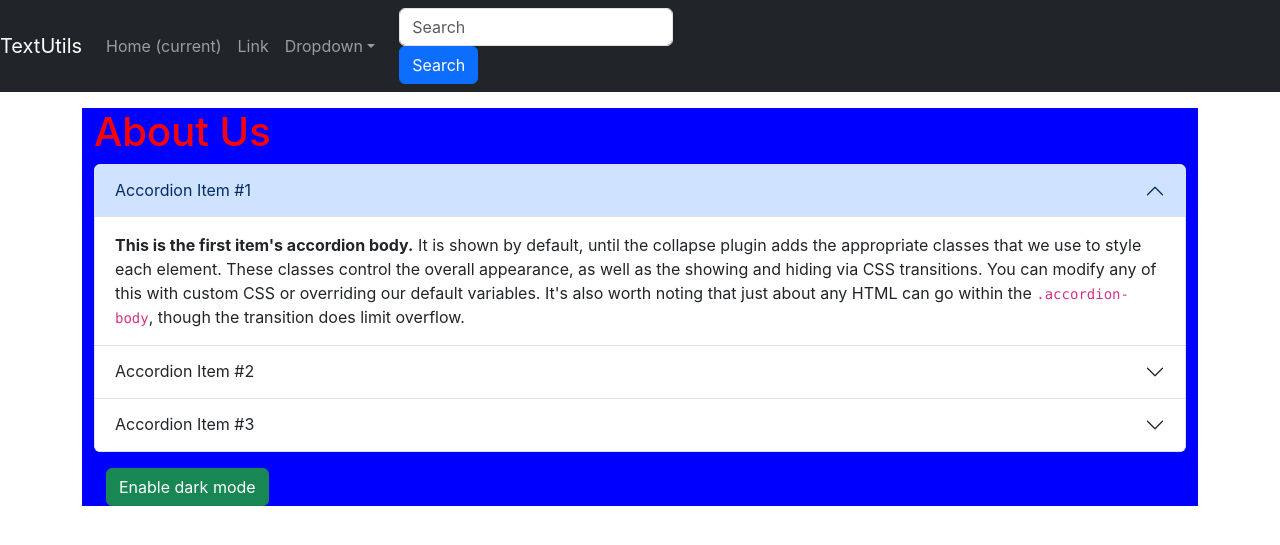
Repository: Aastha1035/React.navbar
Page: /
These files come from the project's save history. The page is drawn as it stood at one moment and after the next save; the edit follows.
The browser window is 1280 px wide. The pictures show the whole page.
The project was rebuilt for these pictures with package versions that can differ from the ones it lists, and the page was loaded fresh each time. Also part of the build but not shown: src/App.css.

Above is the page before, as saved 2024-07-17 17:28:13.

After the next save:
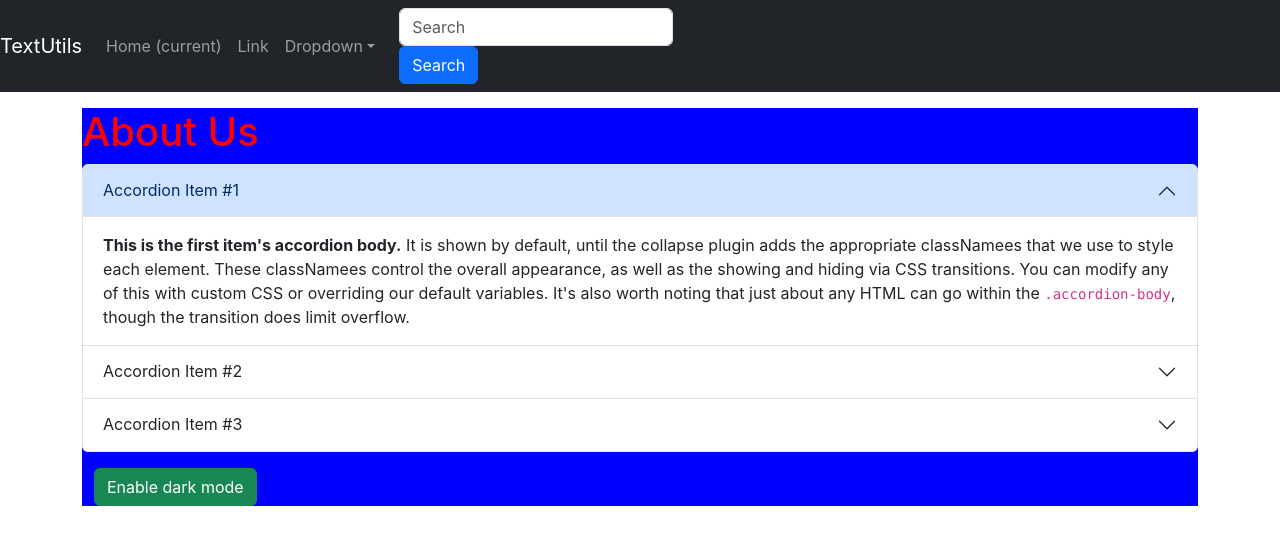
Saved 101 s later.
--- a/src/components/About.js
+++ b/src/components/About.js
@@ -8,48 +8,48 @@ export default function About() {
 
     }
   return (
-    <div className='container' style={myStyle}>
+    <div classNameName='container' style={myStyle}>
             <h1>About Us</h1>
-        <div class="accordion" id="accordionExample" style={myStyle}>
-    <div class="accordion-item">
-        <h2 class="accordion-header" id="headingOne">
-        <button class="accordion-button" type="button" data-bs-toggle="collapse" data-bs-target="#collapseOne" aria-expanded="true" aria-controls="collapseOne">
+        <div className="accordion" id="accordionExample" style={myStyle}>
+    <div className="accordion-item">
+        <h2 className="accordion-header" id="headingOne">
+        <button className="accordion-button" type="button" data-bs-toggle="collapse" data-bs-target="#collapseOne" aria-expanded="true" aria-controls="collapseOne">
             Accordion Item #1
         </button>
         </h2>
-        <div id="collapseOne" class="accordion-collapse collapse show" aria-labelledby="headingOne" data-bs-parent="#accordionExample">
-        <div class="accordion-body">
-            <strong>This is the first item's accordion body.</strong> It is shown by default, until the collapse plugin adds the appropriate classes that we use to style each element. These classes control the overall appearance, as well as the showing and hiding via CSS transitions. You can modify any of this with custom CSS or overriding our default variables. It's also worth noting that just about any HTML can go within the <code>.accordion-body</code>, though the transition does limit overflow.
+        <div id="collapseOne" className="accordion-collapse collapse show" aria-labelledby="headingOne" data-bs-parent="#accordionExample">
+        <div className="accordion-body">
+            <strong>This is the first item's accordion body.</strong> It is shown by default, until the collapse plugin adds the appropriate classNamees that we use to style each element. These classNamees control the overall appearance, as well as the showing and hiding via CSS transitions. You can modify any of this with custom CSS or overriding our default variables. It's also worth noting that just about any HTML can go within the <code>.accordion-body</code>, though the transition does limit overflow.
         </div>
         </div>
     </div>
-    <div class="accordion-item">
-        <h2 class="accordion-header" id="headingTwo">
-        <button class="accordion-button collapsed" type="button" data-bs-toggle="collapse" data-bs-target="#collapseTwo" aria-expanded="false" aria-controls="collapseTwo">
+    <div className="accordion-item">
+        <h2 className="accordion-header" id="headingTwo">
+        <button className="accordion-button collapsed" type="button" data-bs-toggle="collapse" data-bs-target="#collapseTwo" aria-expanded="false" aria-controls="collapseTwo">
             Accordion Item #2
         </button>
         </h2>
-        <div id="collapseTwo" class="accordion-collapse collapse" aria-labelledby="headingTwo" data-bs-parent="#accordionExample">
-        <div class="accordion-body">
-            <strong>This is the second item's accordion body.</strong> It is hidden by default, until the collapse plugin adds the appropriate classes that we use to style each element. These classes control the overall appearance, as well as the showing and hiding via CSS transitions. You can modify any of this with custom CSS or overriding our default variables. It's also worth noting that just about any HTML can go within the <code>.accordion-body</code>, though the transition does limit overflow.
+        <div id="collapseTwo" className="accordion-collapse collapse" aria-labelledby="headingTwo" data-bs-parent="#accordionExample">
+        <div className="accordion-body">
+            <strong>This is the second item's accordion body.</strong> It is hidden by default, until the collapse plugin adds the appropriate classNamees that we use to style each element. These classNamees control the overall appearance, as well as the showing and hiding via CSS transitions. You can modify any of this with custom CSS or overriding our default variables. It's also worth noting that just about any HTML can go within the <code>.accordion-body</code>, though the transition does limit overflow.
         </div>
         </div>
     </div>
-    <div class="accordion-item">
-        <h2 class="accordion-header" id="headingThree">
-        <button class="accordion-button collapsed" type="button" data-bs-toggle="collapse" data-bs-target="#collapseThree" aria-expanded="false" aria-controls="collapseThree">
+    <div className="accordion-item">
+        <h2 className="accordion-header" id="headingThree">
+        <button className="accordion-button collapsed" type="button" data-bs-toggle="collapse" data-bs-target="#collapseThree" aria-expanded="false" aria-controls="collapseThree">
             Accordion Item #3
         </button>
         </h2>
-        <div id="collapseThree" class="accordion-collapse collapse" aria-labelledby="headingThree" data-bs-parent="#accordionExample">
-        <div class="accordion-body">
-            <strong>This is the third item's accordion body.</strong> It is hidden by default, until the collapse plugin adds the appropriate classes that we use to style each element. These classes control the overall appearance, as well as the showing and hiding via CSS transitions. You can modify any of this with custom CSS or overriding our default variables. It's also worth noting that just about any HTML can go within the <code>.accordion-body</code>, though the transition does limit overflow.
+        <div id="collapseThree" className="accordion-collapse collapse" aria-labelledby="headingThree" data-bs-parent="#accordionExample">
+        <div className="accordion-body">
+            <strong>This is the third item's accordion body.</strong> It is hidden by default, until the collapse plugin adds the appropriate classNamees that we use to style each element. These classNamees control the overall appearance, as well as the showing and hiding via CSS transitions. You can modify any of this with custom CSS or overriding our default variables. It's also worth noting that just about any HTML can go within the <code>.accordion-body</code>, though the transition does limit overflow.
         </div>
         </div>
     </div>
 </div>
     <div className="container my-3">
-        <button type="button" class="btn btn-success">Enable dark mode</button>
+        <button type="button" className="btn btn-success">Enable dark mode</button>
     </div>
     </div>
   )
